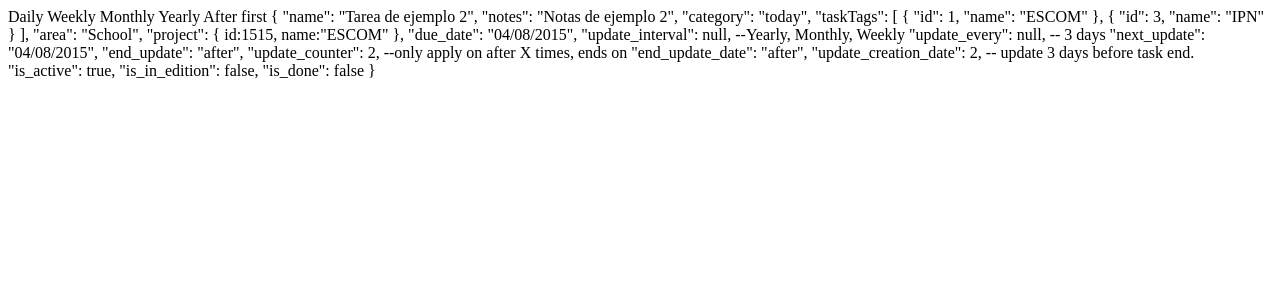
Repository: dagtok/things-mac
Page: views/scheduled_tasks.html
The author's editor kept a record of every edit. The page is drawn from the files as they stood at one moment, then again after the next edit.
The browser window is 1280 px wide. The pictures show the whole page.

Above is the page before.

### views/scheduled_tasks.html
Daily
Weekly
Monthly
Yearly

After first

{
    "name": "Tarea de ejemplo 2",
    "notes": "Notas de ejemplo 2",
    "category": "today",
    "taskTags": [
        {
            "id": 1,
            "name": "ESCOM"
        },
        {
            "id": 3,
            "name": "IPN"
        }
    ],
    "area": "School",
    "project": {
    	id:1515,
    	name:"ESCOM"
    },
    "due_date": "04/08/2015",

    "update_interval": null, --Yearly, Monthly, Weekly
    "update_every": null, -- 3 days
    "next_update": "04/08/2015",
    "end_update": "after",
    "update_counter": 2, --only apply on after X times, ends on
    "end_update_date": "after",
    "update_creation_date": 2, -- update 3 days before task end.

    "is_active": true,
    "is_in_edition": false,
    "is_done": false
}

After the next edit:
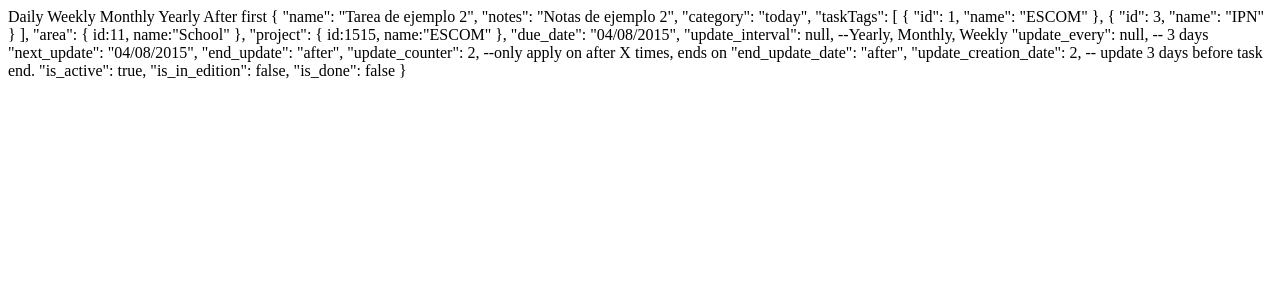
The edit:
--- a/views/scheduled_tasks.html
+++ b/views/scheduled_tasks.html
@@ -19,7 +19,10 @@
             "name": "IPN"
         }
     ],
-    "area": "School",
+    "area": {
+    	id:11,
+    	name:"School"
+    },
     "project": {
     	id:1515,
     	name:"ESCOM"
